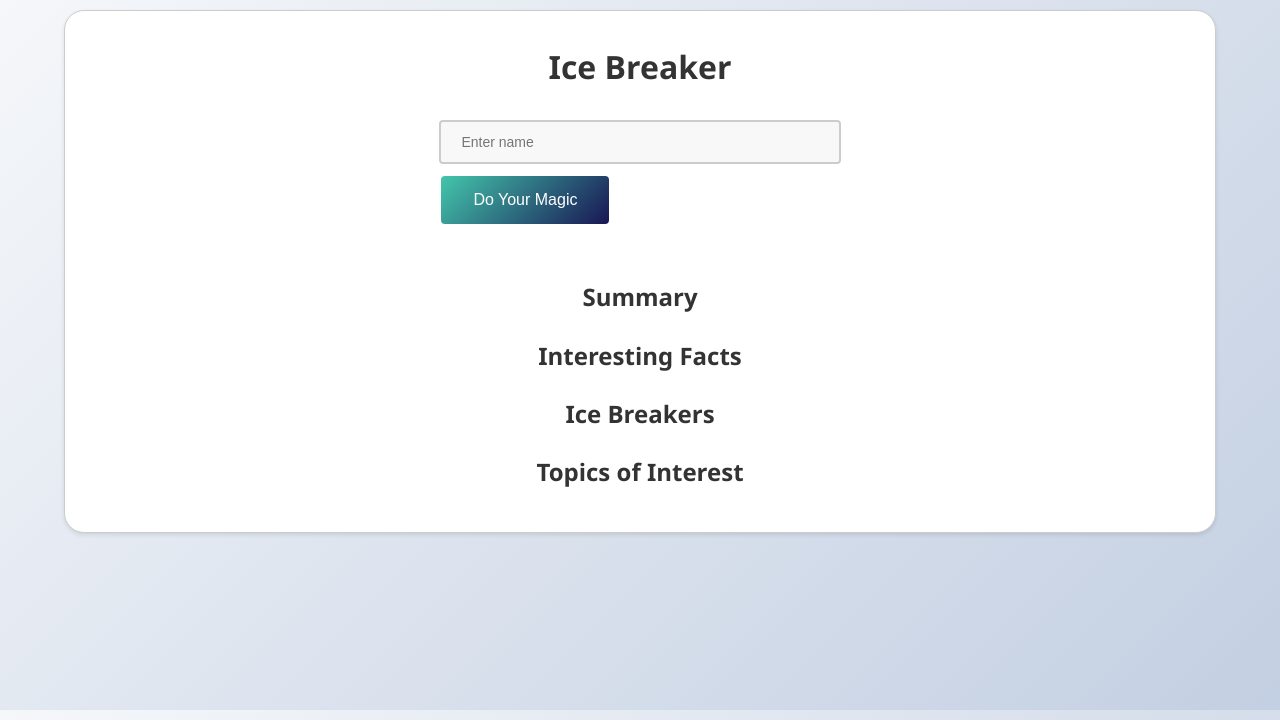
Repository: kunal02kb/Minor-Project-LangCahin
Page: http://localhost/
An editor plug-in stored every save of this project. The page is shown before and after the next save, followed by the edit.
The browser window is 1280 px wide. The pictures show the whole page.
Some web libraries are served in a nearby version. The page is served by the project's application, run on Flask 3 (app.py). Other server files are loaded and not shown.

Above is the page before, as saved 2023-09-27 08:28:57.

### templates/index.html
<!DOCTYPE html>
<html lang="en">
<head>
    <meta charset="UTF-8">
    <meta name="viewport" content="width=device-width, initial-scale=1.0">
    <link rel="stylesheet" href="{{ url_for('static', filename='css/style.css') }}">
    <script src="https://code.jquery.com/jquery-3.6.0.min.js"></script>
    <title>Ice Breaker</title>
    <link rel="stylesheet" href="https://cdnjs.cloudflare.com/ajax/libs/font-awesome/6.1.0/css/all.min.css" />
    <div class="spinner-container" id="spinner-container" style="display: none;">
        <i id="loading-spinner" class="fas fa-spinner fa-spin"></i>
    </div>
</head>
<body>
    <div class="container">
        <h1>Ice Breaker</h1>
        <form id="name-form">
            <input type="text" id="name" name="name" placeholder="Enter name">
            <button id="magic-button" type="submit">Do Your Magic</button>
        </form>
        <div id="result">
            <img id="profile-pic" src="" alt="Profile Picture" style="display: none; max-width: 100%; height: auto; border-radius: 50%; margin-bottom: 20px;">
            <h2>Summary</h2>
            <p id="summary-and-facts"></p>
            <h2>Interesting Facts</h2>
            <div id="interests"></div>
            <h2>Ice Breakers</h2>
            <div id="ice-breakers"></div>
            <h2>Topics of Interest</h2>
            <div id="topics-of-interest"></div>
        </div>
    </div>
    <script>
        $(document).ready(function () {
            $('#name-form').on('submit', function (e) {
                e.preventDefault();
                $('#spinner-container').show();
                $.ajax({
                    url: '/process',
                    data: $('#name-form').serialize(),
                    type: 'POST',
                    success: function (response) {
                        $('#profile-pic').attr('src', response.picture_url); // Update the profile picture src attribute
                        $('#profile-pic').show(); // Show the profile picture
                        $('#summary-and-facts').text(response.summary);
                        $('#interests').html('<ul>' + response.facts.map(fact => '<li>' + fact + '</li>').join('') + '</ul>');
                        $('#ice-breakers').html('<ul>' + response.ice_breakers.map(ice_breaker => '<li>' + ice_breaker + '</li>').join('') + '</ul>');
                        $('#topics-of-interest').html('<ul>' + response.interests.map(topic => '<li>' + topic + '</li>').join('') + '</ul>');
                    },
                    error: function (error) {
                        console.log(error);
                    },
                    complete: function () {
                        $('#spinner-container').hide();
                    }
                });
            });
        });
    </script>
</body>
</html>

### app.py
from flask import Flask, render_template, request, jsonify
from ice_breaker import ice_break

app = Flask(__name__)


@app.route("/")
def index():
    return render_template("index.html")


@app.route("/process", methods=["POST"])
def process():
    name = request.form["name"]
    person_info, profile_pic_url = ice_break(name=name)

    # print(person_info.summary)
    # print( person_info.topic_of_interest)
    # print( person_info.facts)
    # print( person_info.ice_breaker)
    # print(profile_pic_url)

    return jsonify(
        {
            "summary": person_info.summary,
            "interests": person_info.topic_of_interest,
            "facts": person_info.facts,
            "ice_breakers": person_info.ice_breaker,
            "picture_url": profile_pic_url,
        }
    )


if __name__ == "__main__":
    app.run(host="0.0.0.0", debug=True)

### static/css/style.css

* {
    box-sizing: border-box;
    margin: 0;
    padding: 0;
}

body {
    font-family: 'Segoe UI', Tahoma, Geneva, Verdana, sans-serif;
    background-color: #f5f5f5;
    color: #333;
    line-height: 1.6;
    height: auto;
    min-height: 700px;
}

.container {
    width: 90%;
    min-height: 650%;
    margin: 10px auto;
    padding: 30px;
    background-color: #ffffff;
    box-shadow: 0 2px 4px rgba(0, 0, 0, 0.1);
    border: 1px solid #ccc;
    border-radius: 20px;
    display: flex;
    flex-direction: column;
    align-items: center;
}

h1 {
    font-size: 32px;
    margin-bottom: 20px;
}

input[type="text"] {
    width: 100%;
    padding: 12px 20px;
    margin: 8px 0;
    box-sizing: border-box;
    border: 2px solid #ccc;
    border-radius: 4px;
    background-color: #f8f8f8;
    font-size: 14px;
}

button {
    background-color: #4caf50;
    border: none;
    color: white;
    padding: 15px 32px;
    text-align: center;
    text-decoration: none;
    display: inline-block;
    font-size: 16px;
    margin: 4px 2px;
    cursor: pointer;
    border-radius: 4px;
    transition: 0.3s;
}

button:hover {
    background-color: #45a049;
}

#result {
    margin-top: 30px;
    width: 100%;
    text-align: center;
}


#loading {
  display: none;
  position: fixed;
  top: 0;
  right: 0;
  bottom: 0;
  left: 0;
  z-index: 999;
  background-color: rgba(255, 255, 255, 0.8);
}

.loader {
  position: absolute;
  top: 50%;
  left: 50%;
  transform: translate(-50%, -50%);
  border: 8px solid #f3f3f3;
  border-top: 8px solid #3498db;
  border-radius: 50%;
  width: 50px;
  height: 50px;
  animation: spin 2s linear infinite;
}

p {
    font-size: 18px;
    margin-bottom: 10px;
}

h2 {
    font-size: 24px;
    margin-bottom: 10px;
    margin-top: 20px;
}


/* style.css */

/* Add or update this in your style.css file */

body {
    font-family: 'Segoe UI', Tahoma, Geneva, Verdana, sans-serif;
    background-color: #f5f5f5;
    color: #333;
    line-height: 1.6;
    background-image: linear-gradient(135deg, #f5f7fa 0%, #c3cfe2 100%);
}

.spinner-container {
    position: fixed;
    display: flex;
    align-items: center;
    justify-content: center;
    top: 0;
    right: 0;
    bottom: 0;
    left: 0;
    z-index: 999;
}

#loading-spinner {
    font-size: 48px;
}

button {
    background-color: #4caf50;
    background-image: linear-gradient(135deg, #43c6ac 0%, #191654 100%);
    border: none;
    color: white;
    padding: 15px 32px;
    text-align: center;
    text-decoration: none;
    display: inline-block;
    font-size: 16px;
    margin: 4px 2px;
    cursor: pointer;
    border-radius: 4px;
    transition: 0.3s;
}

After the next save:
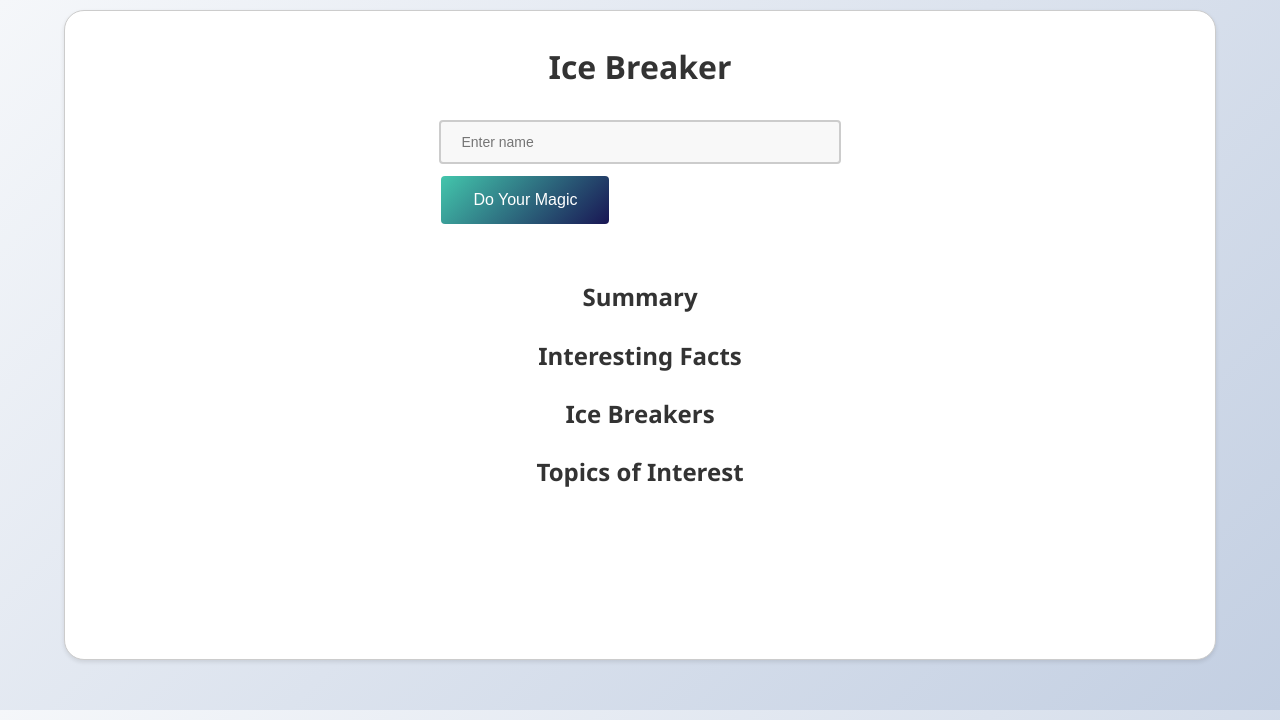
Saved 8 s later.
--- a/static/css/style.css
+++ b/static/css/style.css
@@ -16,7 +16,7 @@ body {
 
 .container {
     width: 90%;
-    min-height: 650%;
+    min-height: 650px;
     margin: 10px auto;
     padding: 30px;
     background-color: #ffffff;
